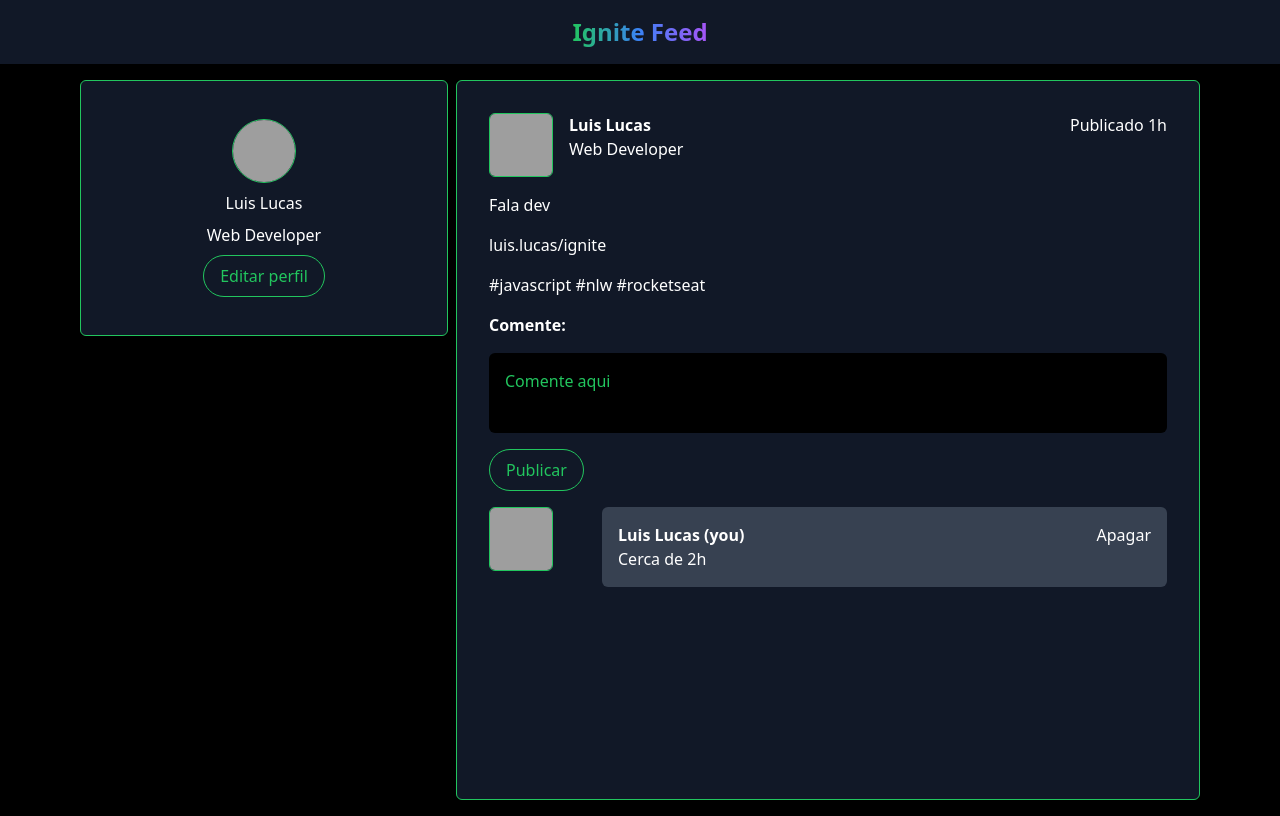
Repository: LuisSempre/ignite-feed
Page: /
An editor plug-in stored every save of this project. The page is shown before and after the next save, followed by the edit.
The browser window is 1280 px wide. The pictures show the whole page.
Pictures or frames that could not be fetched are drawn as grey boxes. The project was rebuilt for these pictures with package versions that can differ from the ones it lists, and the page was loaded fresh each time. Also part of the build but not shown: vite.config.js.

Above is the page before, as saved 2022-07-14 21:40:10.

### src/App.jsx
import { Header } from "./Components/Header"
import { Sidebar } from "./Components/Sidebar"
import { Post } from "./Components/Post"

function App() {
  return (
    <div>
      <Header />
      <div className="grid items-start max-w-6xl grid-cols-3 gap-2 p-4 mx-auto">
        <Sidebar />
        <div className="col-span-2">
         <Post />
        </div>
      </div>
    </div>
  );
}

export default App;

### src/index.css
@tailwind base;
@tailwind components;
@tailwind utilities;

body {
    @apply bg-black text-white;
}

### src/Components/Header.jsx
export function Header() {
  return (
    <div className="flex items-center justify-center h-16 bg-gray-900 mx-auto w-full">
      <h1 className="text-2xl font-bold text-transparent bg-clip-text bg-gradient-to-r from-green-500  via-blue-500 to-purple-500">Ignite Feed</h1>
    </div>
  )
}

### src/Components/Sidebar.jsx
export function Sidebar() {
  return (
    <div className="rounded-md bg-gray-900 justify-center items-center flex flex-col text-center h-64 space-y-2  border border-green-500">
        <img
          className="w-16 h-16 rounded-full overflow-hidden object-cover border border-green-500"
          src="https://avatars.githubusercontent.com/u/32404639?v=4"
          alt=""
        />
        <h1>Luis Lucas</h1>
        <span>Web Developer</span>
        <a
          href=""
          className="border border-green-500 px-4 py-2 rounded-full text-green-500"
        >
          Editar perfil
        </a>
    </div>
  );
}

### src/Components/Post.jsx
import { Comment } from "./Comment"

export function Post() {
  return (
    <div className="h-screen p-8 space-y-4 bg-gray-900 border border-green-500 rounded-md ">
      <div className="flex justify-between ">
        <div className="flex gap-4">
          <img
            className="w-16 h-16 border border-green-500 rounded-md"
            src="https://github.com/luissempre.png"
            alt=""
          />
          <div className="flex flex-col">
            <strong>Luis Lucas </strong>
            <span>Web Developer</span>
          </div>
        </div>
        <div>
          <time dataTime="2022-05-11 08:13:00">Publicado 1h</time>
        </div>
      </div>
      <div className="space-y-4">
        <p>Fala dev</p>
        <p>luis.lucas/ignite</p>
        <p>#javascript #nlw #rocketseat</p>
      </div>

      <form className="flex flex-col items-start justify-start space-y-4">
        <strong>Comente:</strong>
        <textarea
          className="w-full p-4 placeholder-green-500 bg-black rounded-md resize-none focus:-green-500"
          placeholder="Comente aqui"
        />
          <button
            type="submit"
            className="px-4 py-2 text-green-500 border border-green-500 rounded-full"
          >
            Publicar
          </button>
      </form>
      <Comment />
    </div>
  );
}

### src/Components/Comment.jsx
export function Comment() {
  return (
    <div className="grid grid-cols-6">
      <div>
        <img
          className="w-16 h-16 border border-green-500 rounded-md"
          src="https://github.com/luissempre.png"
          alt=""
        />
      </div>
      <div className="col-span-5 p-4 bg-gray-700 rounded-md">
        <div className="flex justify-between">
          <div className="flex gap-4">
            <div className="flex flex-col">
              <strong>Luis Lucas (you) </strong>
              <span>Cerca de 2h</span>
            </div>
          </div>
          <div>
            <time dataTime="2022-05-11 08:13:00">Apagar</time>
          </div>
        </div>
      </div>
    </div>
  );
}

Loaded but not shown: index.html (common file); src/main.jsx (common file); tailwind.config.js (common file)

After the next save:
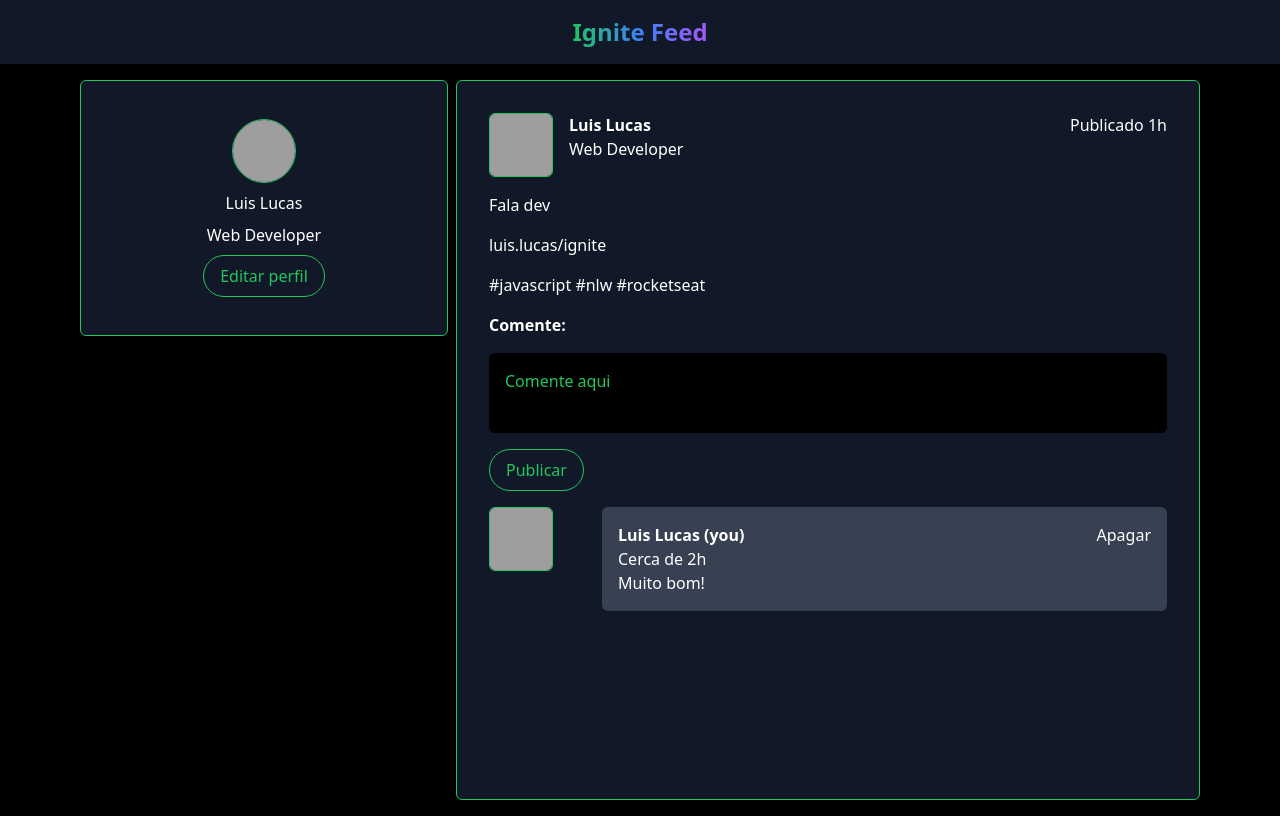
Saved 25 s later.
--- a/src/Components/Comment.jsx
+++ b/src/Components/Comment.jsx
@@ -14,6 +14,7 @@ export function Comment() {
             <div className="flex flex-col">
               <strong>Luis Lucas (you) </strong>
               <span>Cerca de 2h</span>
+              <p>Muito bom!</p>
             </div>
           </div>
           <div>
